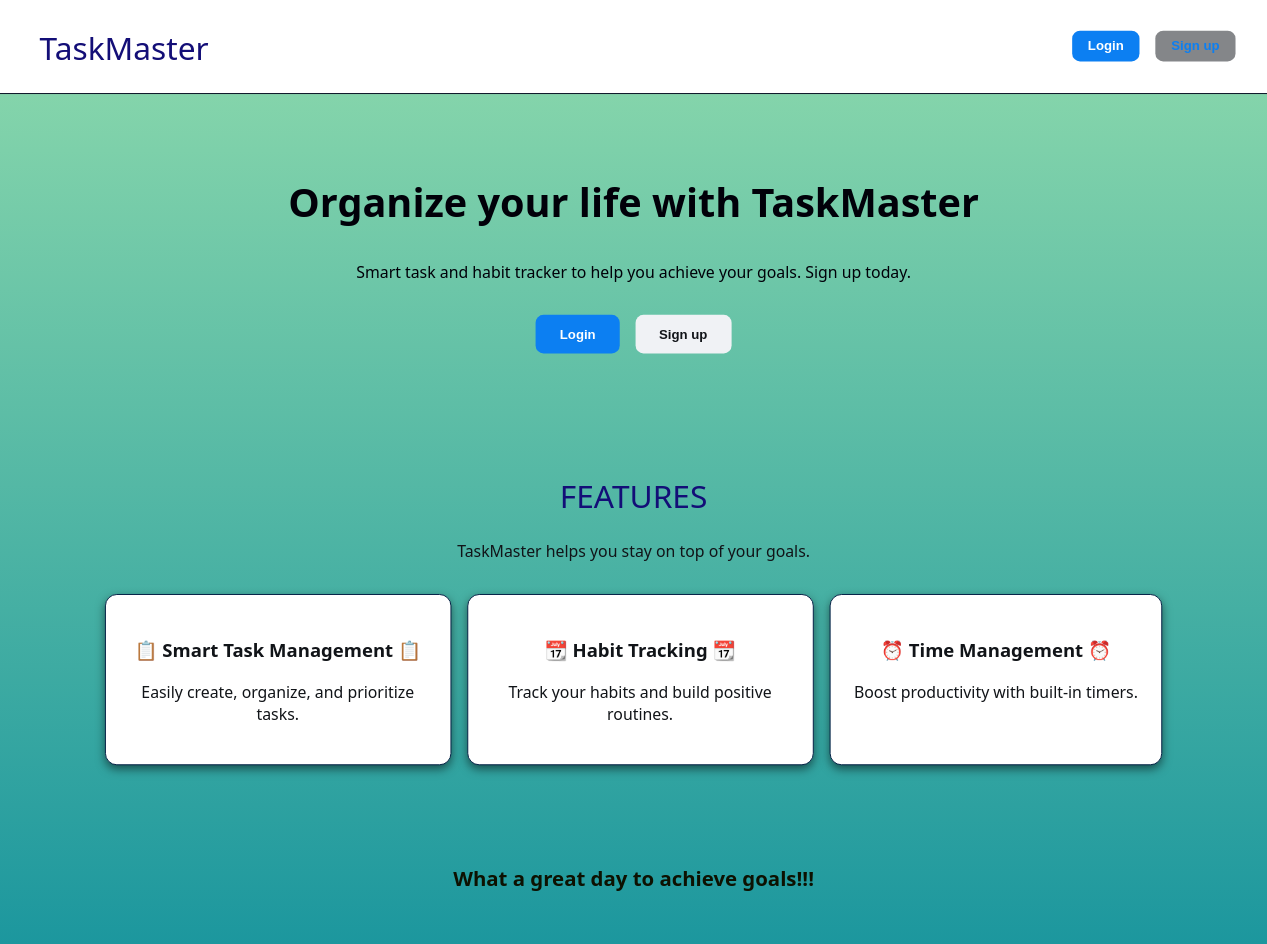
Repository: RachelB9913/smart-task-and-habit-tracker
Page: /
An editor plug-in stored every save of this project. The page is shown before and after the next save, followed by the edit.
The browser window is 1280 px wide. The pictures show the whole page, at 99% of full size.
The pointer rests on the first visible `.nav-actions button:last-child`.
The project was rebuilt for these pictures with package versions that can differ from the ones it lists, and the page was loaded fresh each time. Also part of the build but not shown: src/services/api.js, src/components/Login.js, src/components/Auth.css, src/components/Register.js, src/components/DashBoard.js.

Above is the page before, as saved 2025-06-18 18:49:58.

After the next save:
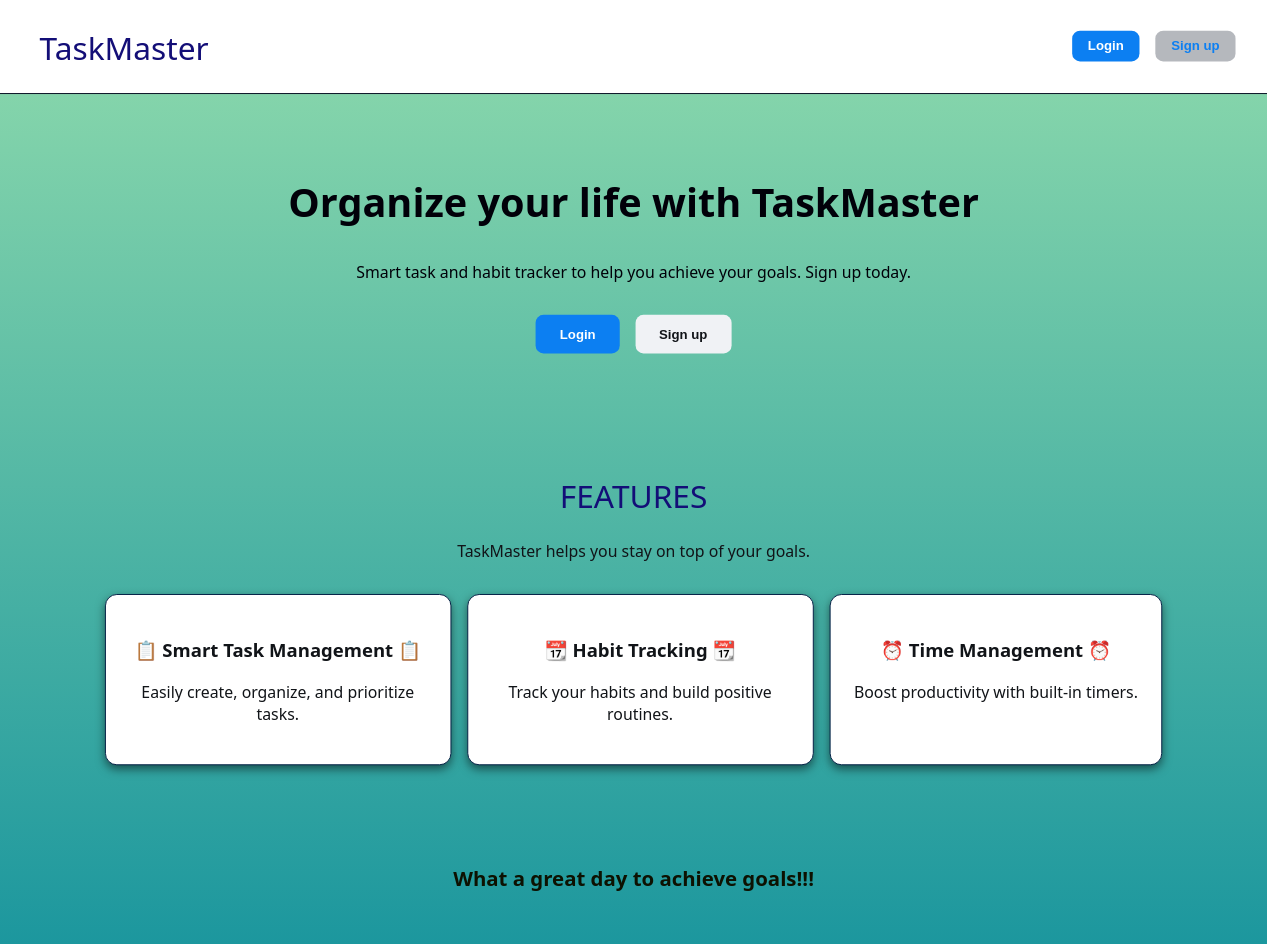
Saved 10 s later.
--- a/src/App.css
+++ b/src/App.css
@@ -113,7 +113,7 @@ h2 {
 }
 
 .nav-actions button:last-child:hover {
-  background: #848689; /* new hover color */
+  background: #b5b8bd; /* new hover color */
   color: #0c7ff2;      /* optional: change text color on hover */
 }
 
